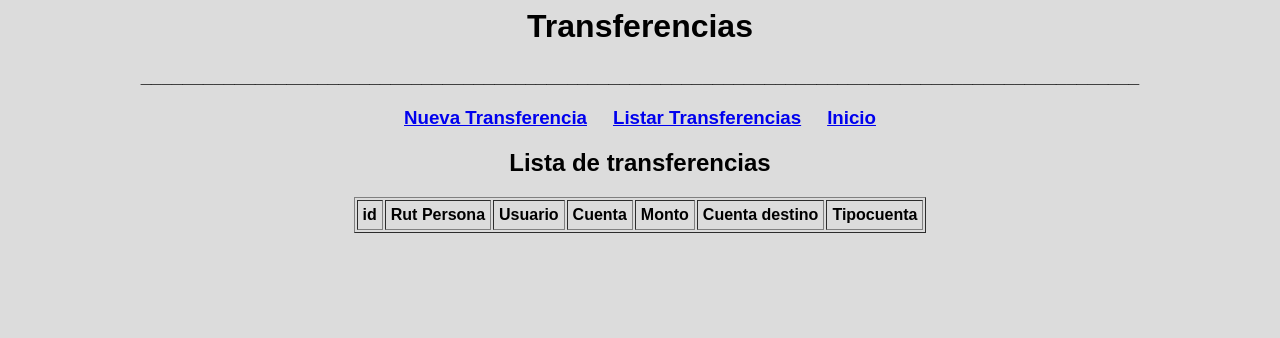
Repository: miguelalvarezcl/examen
Page: http://localhost/CtaCorriente/listTransferencia
An editor plug-in stored every save of this project. The page is shown before and after the next save, followed by the edit.
The browser window is 1280 px wide. The pictures show the whole page.
The page is served by Tomcat 9. Other server files are loaded and not shown. Queries for data that is not in the repository find no rows.

Above is the page before, as saved 2021-11-13 22:33:44.

### CtaCorriente/WebContent/ListaTransferencia.jsp
<%@ page language="java" contentType="text/html; charset=UTF-8"
    pageEncoding="UTF-8"%>
<%@ taglib uri="http://java.sun.com/jsp/jstl/core" prefix="c" %>
<html>
<head>
    <title>Banco Platinum</title>
</head>
<body>
    <center>
        <h1>Transferencias</h1>
        <h3>________________________________________________________________________________________________</h3>
        <h3>
            <a href="/CtaCorriente/newtransferencia">Nueva Transferencia</a>
            &nbsp;&nbsp;&nbsp;
            <a href="/CtaCorriente/listTransferencia">Listar Transferencias</a>
            &nbsp;&nbsp;&nbsp;
            <a href="/CtaCorriente/home.jsp">Inicio</a>
        </h3>
    </center>
    <div align="center">
        <table border="1" cellpadding="5">
            <h2>Lista de transferencias</h2>
            <tr>
                <th>id</th>
                <th>Rut Persona</th>
                <th>Usuario</th>
                <th>Cuenta</th>
                <th>Monto</th>
                <th>Cuenta destino</th>
                <th>Tipocuenta</th>


            </tr>
            <c:forEach var="transferencia" items="${listTransferencia}">
                <tr>
                    <td><c:out value="${transferencia.id}" /></td>
                    <td><c:out value="${transferencia.rutpersona}" /></td>
                    <td><c:out value="${transferencia.idusuario}" /></td>
                    <td><c:out value="${transferencia.idcuenta}" /></td>
                    <td><c:out value="${transferencia.montotransferencia}" /></td>
                    <td><c:out value="${transferencia.cuentatransferencia}" /></td>
                    <td><c:out value="${transferencia.tipocuenta}" /></td>


                </tr>
            </c:forEach>
        </table>
    </div>
</body>
</html>

<style>
body{
	font-family: arial, helvetica;
	background: #DCDCDC;
}
</style>

### CtaCorriente/src/com/platinum/ControllerServlet.java
package com.platinum;

import java.io.IOException;
import java.sql.SQLException;
import java.util.List;

import javax.servlet.RequestDispatcher;
import javax.servlet.ServletException;
import javax.servlet.http.HttpServlet;
import javax.servlet.http.HttpServletRequest;
import javax.servlet.http.HttpServletResponse;


public class ControllerServlet extends HttpServlet {
    private static final long serialVersionUID = 1L;
    private UsuariobdDAO usuariobdDAO;
    private PersonabdDAO personabdDAO;
    private CuentabdDAO cuentabdDAO;
    private TransferenciaDAO transferenciaDAO;

    public void init() {
        String jdbcURL = getServletContext().getInitParameter("jdbcURL");
        String jdbcUsername = getServletContext().getInitParameter("jdbcUsername");
        String jdbcPassword = getServletContext().getInitParameter("jdbcPassword");

        usuariobdDAO = new UsuariobdDAO(jdbcURL, jdbcUsername, jdbcPassword);
        personabdDAO = new PersonabdDAO(jdbcURL, jdbcUsername, jdbcPassword);
        cuentabdDAO = new CuentabdDAO(jdbcURL, jdbcUsername, jdbcPassword);
        transferenciaDAO = new TransferenciaDAO(jdbcURL, jdbcUsername, jdbcPassword);

    }

    protected void doPost(HttpServletRequest request, HttpServletResponse response)
            throws ServletException, IOException {
        doGet(request, response);
    }

    protected void doGet(HttpServletRequest request, HttpServletResponse response)
            throws ServletException, IOException {
        String action = request.getServletPath();

        try {
            switch (action) {
            case "/new":
                showNewForm(request, response);
                break;
            case "/newpersona":
                showNewFormPersona(request, response);
                break;

            case "/newcuenta":
                showNewFormCuenta(request, response);
                break;

            case "/newtransferencia":
                showNewFormTransferencia(request, response);
                break;

            case "/insert":
                insertUsuariobd(request, response);
                break;

            case "/insertpersona":
                insertPersonabd(request, response);
                break;

            case "/insertcuenta":
                insertCuentabd(request, response);
                break;

            case "/inserttransferencia":
                insertTransferencia(request, response);
                break;
            case "/deletecuenta":
                deleteCuentabd(request, response);
                break;

            case "/deletepersona":
                deletePersonabd(request, response);
                break;
            case "/delete":
                deleteUsuariobd(request, response);
                break;
            case "/editpersona":
                showEditFormPersona(request, response);
                break;

            case "/editcuenta":
                showEditFormCuenta(request, response);
                break;

            case "/edit":
                showEditForm(request, response);
                break;
            case "/update":
                updateUsuariobd(request, response);
                break;
            case "/updatepersona":
                updatePersonabd(request, response);
                break;

            case "/updatecuenta":
                updateCuentabd(request, response);
                break;


            case "/listPersonabd":
            	listPersonabd(request, response);
                break;

            case "/listCuentabd":
            	//System.out.println("1");
            	listCuentabd(request, response);
                break;
            case "/listTransferencia":
            	listTransferencia(request, response);
                break;
            default:
                listUsuariobd(request, response);
                break;
            }
        } catch (SQLException ex) {
            throw new ServletException(ex);
        }
    }



    private void listTransferencia(HttpServletRequest request, HttpServletResponse response)
            throws SQLException, IOException, ServletException {


        List<Transferencia> listTransferencia = transferenciaDAO.listAllTransferencia();

        request.setAttribute("listTransferencia", listTransferencia);
        RequestDispatcher dispatcher = request.getRequestDispatcher("ListaTransferencia.jsp");
        dispatcher.forward(request, response);
    }

    private void listCuentabd(HttpServletRequest request, HttpServletResponse response)
            throws SQLException, IOException, ServletException {


        List<Cuentabd> listCuentabd = cuentabdDAO.listAllCuentabd();

        request.setAttribute("listCuentabd", listCuentabd);
        RequestDispatcher dispatcher = request.getRequestDispatcher("ListaCuentas.jsp");
        dispatcher.forward(request, response);
    }

    private void listPersonabd(HttpServletRequest request, HttpServletResponse response)
            throws SQLException, IOException, ServletException {

        List<Personabd> listPersonabd = personabdDAO.listAllPersonabd();

        request.setAttribute("listPersonabd", listPersonabd);
        RequestDispatcher dispatcher = request.getRequestDispatcher("ListaPersonas.jsp");
        dispatcher.forward(request, response);
    }

    private void listUsuariobd(HttpServletRequest request, HttpServletResponse response)
            throws SQLException, IOException, ServletException {
        List<Usuariobd> listUsuariobd = usuariobdDAO.listAllUsuariosbd();
        request.setAttribute("listUsuariobd", listUsuariobd);
        RequestDispatcher dispatcher = request.getRequestDispatcher("ListaUsuarios.jsp");
        dispatcher.forward(request, response);
    }


    private void showNewForm(HttpServletRequest request, HttpServletResponse response)
            throws ServletException, IOException {
        RequestDispatcher dispatcher = request.getRequestDispatcher("FormularioUsuario.jsp");
        dispatcher.forward(request, response);
    }

    private void showNewFormPersona(HttpServletRequest request, HttpServletResponse response)
            throws ServletException, IOException {
        RequestDispatcher dispatcher = request.getRequestDispatcher("FormularioPersona.jsp");
        dispatcher.forward(request, response);
    }

    private void showNewFormCuenta(HttpServletRequest request, HttpServletResponse response)
            throws ServletException, IOException {
        RequestDispatcher dispatcher = request.getRequestDispatcher("FormularioCuenta.jsp");
        dispatcher.forward(request, response);
    }

    private void showNewFormTransferencia(HttpServletRequest request, HttpServletResponse response)
            throws ServletException, IOException {
        RequestDispatcher dispatcher = request.getRequestDispatcher("FormularioTransferencia.jsp");
        dispatcher.forward(request, response);
    }


    private void showEditForm(HttpServletRequest request, HttpServletResponse response)
            throws SQLException, ServletException, IOException {
        int id = Integer.parseInt(request.getParameter("id"));
        Usuariobd existingUsuariobd = usuariobdDAO.getUsuariobd(id);
        RequestDispatcher dispatcher = request.getRequestDispatcher("FormularioUsuario.jsp");
        request.setAttribute("usuariobd", existingUsuariobd);
        dispatcher.forward(request, response);

    }

    private void showEditFormPersona(HttpServletRequest request, HttpServletResponse response)
            throws SQLException, ServletException, IOException {
        String rut = request.getParameter("rut");
        Personabd existingPersonabd = personabdDAO.getPersonabd(rut);
        RequestDispatcher dispatcher = request.getRequestDispatcher("FormularioPersona.jsp");
        request.setAttribute("personabd", existingPersonabd);
        dispatcher.forward(request, response);


    }

    private void showEditFormCuenta(HttpServletRequest request, HttpServletResponse response)
            throws SQLException, ServletException, IOException {
        int id = Integer.parseInt(request.getParameter("id"));
        Cuentabd existingCuentabd = cuentabdDAO.getCuentabd(id);
        RequestDispatcher dispatcher = request.getRequestDispatcher("FormularioCuenta.jsp");
        request.setAttribute("cuentabd", existingCuentabd);
        dispatcher.forward(request, response);


    }

    private void insertUsuariobd(HttpServletRequest request, HttpServletResponse response)
            throws SQLException, IOException {
        String nombreusuario = request.getParameter("nombreusuario");
        String password = request.getParameter("password");


        Usuariobd newUsuariobd = new Usuariobd(nombreusuario, password);
        usuariobdDAO.insertUsuariobd(newUsuariobd);
        response.sendRedirect("list");
    }

    private void insertPersonabd(HttpServletRequest request, HttpServletResponse response)
            throws SQLException, IOException {
    	String rut = request.getParameter("rut");
        String nombre = request.getParameter("nombre");
        String apellido = request.getParameter("apellido");
        String direccion = request.getParameter("direccion");
        String correo = request.getParameter("correo");
        String telefono = request.getParameter("telefono");

        Personabd newPersonabd = new Personabd(rut,nombre, apellido,direccion,correo,telefono);
        personabdDAO.insertPersonabd(newPersonabd);
        response.sendRedirect("listPersonabd");
    }

    private void insertTransferencia(HttpServletRequest request, HttpServletResponse response)
            throws SQLException, IOException {
        String rutpersona = request.getParameter("rutpersona");
        int idusuario = Integer.parseInt(request.getParameter("idusuario"));
        int idcuenta = Integer.parseInt(request.getParameter("idcuenta"));
        int montotransferencia = Integer.parseInt(request.getParameter("montotransferencia"));
        int cuentatransferencia = Integer.parseInt(request.getParameter("cuentatransferencia"));
        String tipocuenta = request.getParameter("tipocuenta");

        Transferencia newTransferencia = new Transferencia(rutpersona, idusuario,idcuenta,montotransferencia,cuentatransferencia,tipocuenta);
        transferenciaDAO.insertTransferencia(newTransferencia);
        response.sendRedirect("listTransferencia");
    }

    private void insertCuentabd(HttpServletRequest request, HttpServletResponse response)
            throws SQLException, IOException {
        String rutcliente = request.getParameter("rutcliente");
        String monto = request.getParameter("monto");
        String ejecutivo = request.getParameter("ejecutivo");

        Cuentabd newCuentabd = new Cuentabd(rutcliente, monto,ejecutivo);
        cuentabdDAO.insertCuentabd(newCuentabd);
        response.sendRedirect("listCuentabd");
    }


    private void updatePersonabd(HttpServletRequest request, HttpServletResponse response)
            throws SQLException, IOException {
        String rut = request.getParameter("rut");
        String nombre = request.getParameter("nombre");
        String apellido = request.getParameter("apellido");
        String direccion = request.getParameter("direccion");
        String correo = request.getParameter("correo");
        String telefono = request.getParameter("telefono");


        Personabd personabd = new Personabd(rut, nombre, apellido,direccion,correo,telefono);
        personabdDAO.updatePersonabd(personabd);
        response.sendRedirect("listPersonabd");
    }


    private void updateCuentabd(HttpServletRequest request, HttpServletResponse response)
            throws SQLException, IOException {
    	System.out.println("paso");

        String rutcliente = request.getParameter("rutcliente");
        String monto = request.getParameter("monto");
        String ejecutivo = request.getParameter("ejecutivo");
        int id = Integer.parseInt(request.getParameter("id"));
        Cuentabd cuentabd = new Cuentabd(id, rutcliente, monto , ejecutivo);
        System.out.println("paso2");
        cuentabdDAO.updateCuentabd(cuentabd);
        response.sendRedirect("listCuentabd");
    }


    private void updateUsuariobd(HttpServletRequest request, HttpServletResponse response)
            throws SQLException, IOException {
        int id = Integer.parseInt(request.getParameter("id"));
        String nombreusuario = request.getParameter("nombreusuario");
        String password = request.getParameter("password");


        Usuariobd usuariobd = new Usuariobd(id, nombreusuario, password);
        usuariobdDAO.updateUsuariobd(usuariobd);
        response.sendRedirect("list");
    }

    private void deleteUsuariobd(HttpServletRequest request, HttpServletResponse response)
            throws SQLException, IOException {
        int id = Integer.parseInt(request.getParameter("id"));

        Usuariobd usuariobd = new Usuariobd(id);
        usuariobdDAO.deleteUsuariobd(usuariobd);
        response.sendRedirect("list");

    }

    private void deletePersonabd(HttpServletRequest request, HttpServletResponse response)
            throws SQLException, IOException {
        String rut = request.getParameter("rut");

        Personabd personabd = new Personabd(rut);
        personabdDAO.deletePersonabd(personabd);
        response.sendRedirect("listPersonabd");
    }


    private void deleteCuentabd(HttpServletRequest request, HttpServletResponse response)
            throws SQLException, IOException {
        int id = Integer.parseInt(request.getParameter("id"));

        Cuentabd cuentabd = new Cuentabd(id);
        cuentabdDAO.deleteCuentabd(cuentabd);
        response.sendRedirect("listCuentabd");
    }



}

After the next save:
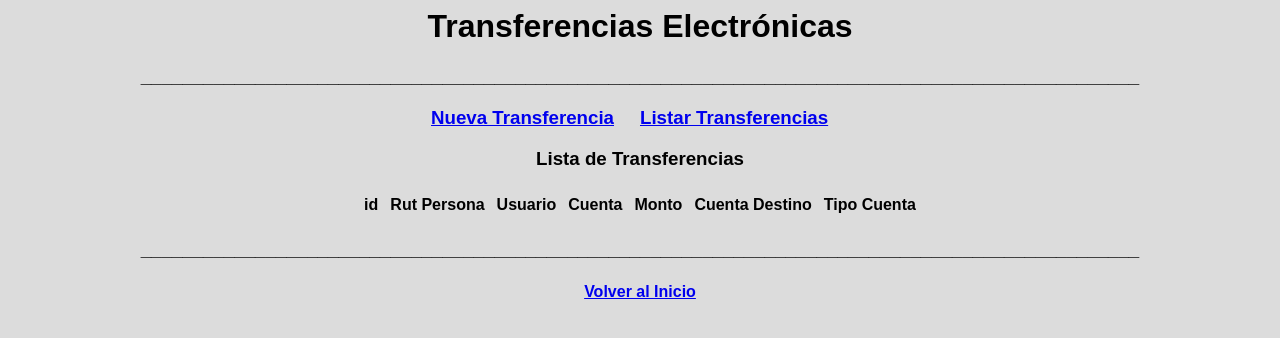
Saved 11 min 25 s later.
--- a/CtaCorriente/WebContent/ListaTransferencia.jsp
+++ b/CtaCorriente/WebContent/ListaTransferencia.jsp
@@ -7,27 +7,26 @@
 </head>
 <body>
     <center>
-        <h1>Transferencias</h1>
+        <h1>Transferencias Electrónicas</h1>
         <h3>________________________________________________________________________________________________</h3>
         <h3>
             <a href="/CtaCorriente/newtransferencia">Nueva Transferencia</a>
             &nbsp;&nbsp;&nbsp;
             <a href="/CtaCorriente/listTransferencia">Listar Transferencias</a>
             &nbsp;&nbsp;&nbsp;
-            <a href="/CtaCorriente/home.jsp">Inicio</a>
         </h3>
     </center>
     <div align="center">
-        <table border="1" cellpadding="5">
-            <h2>Lista de transferencias</h2>
+        <table border="0" cellpadding="5">
+            <h3>Lista de Transferencias</h3>
             <tr>
                 <th>id</th>
                 <th>Rut Persona</th>
                 <th>Usuario</th>
                 <th>Cuenta</th>
                 <th>Monto</th>
-                <th>Cuenta destino</th>
-                <th>Tipocuenta</th>
+                <th>Cuenta Destino</th>
+                <th>Tipo Cuenta</th>
 
 
             </tr>
@@ -46,6 +45,12 @@
             </c:forEach>
         </table>
     </div>
+        <center>
+        <h3>________________________________________________________________________________________________</h3>
+        <h4>
+            <a href="/CtaCorriente/home.jsp">Volver al Inicio</a>
+        </h4>
+    </center>
 </body>
 </html>
 
